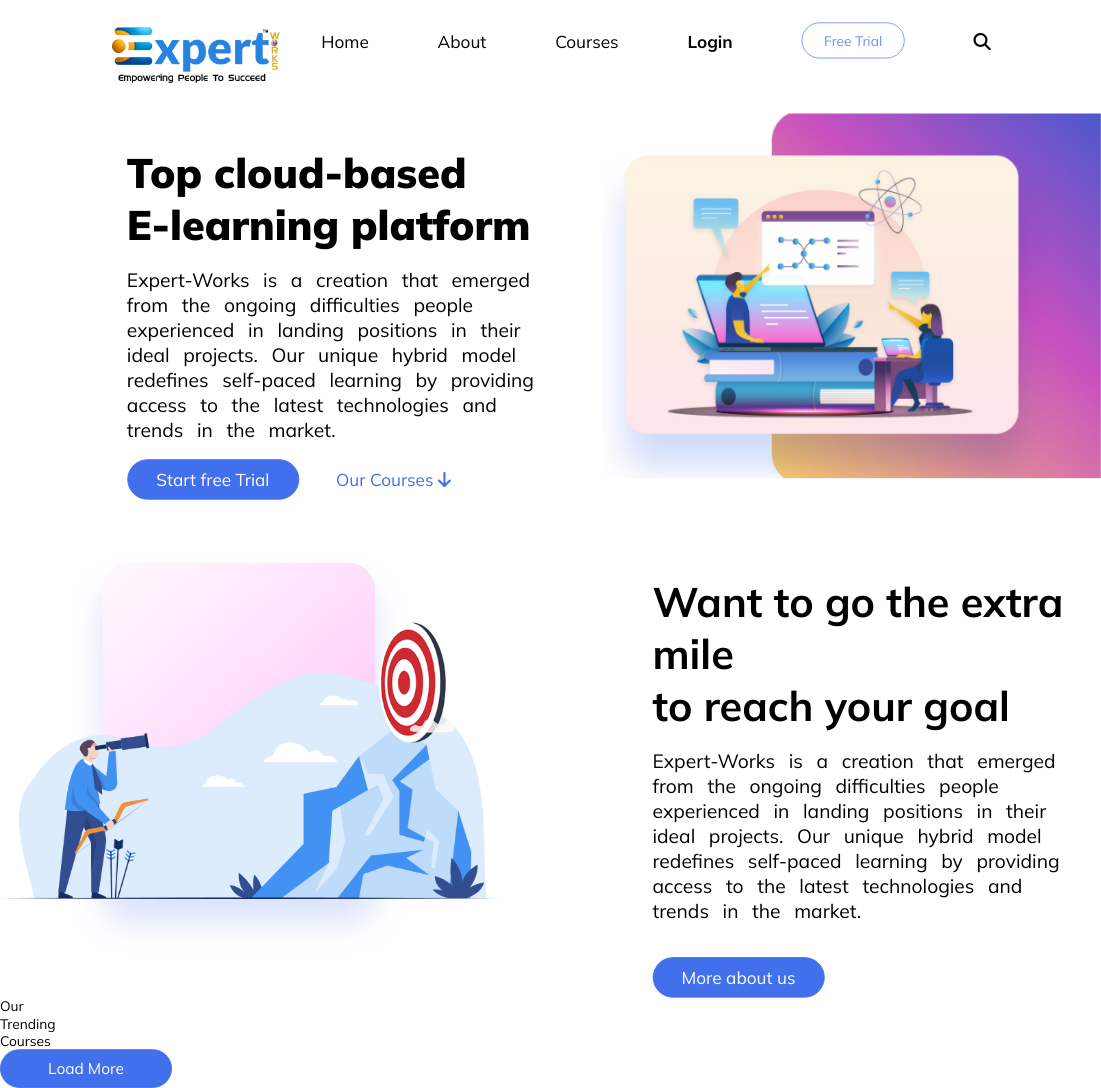
Repository: FlyweisReact/Raghu-B2C
Page: /homePage
The author's editor kept a copy of each file at every save. The page is drawn from the files as they stood at one save, then again after the next save.
The browser window is 1280 px wide. The pictures show the whole page, at 86% of full size.
Some web libraries are served in a nearby version. The project was rebuilt for these pictures with package versions that can differ from the ones it lists, and the page was loaded fresh each time. Also part of the build but not shown: src/Footer/footer.scss, src/Footer/Footer.jsx, src/component/pages/courses/course.scss, src/component/Navbar/nav.scss, src/component/Navbar/Nav.jsx, src/component/navigation/NavItems.js, src/component/navigation/Dropdown.css, src/component/navigation/Dropdown.js and 43 more.

Above is the page before, as saved 2023-02-03 15:50:15.

### public/index.html
<!DOCTYPE html>
<html lang="en">
  <head>
    <meta charset="utf-8" />
    <link rel="icon" href="%PUBLIC_URL%/favicon.ico" />
    <meta name="viewport" content="width=device-width, initial-scale=1" />
    <meta name="theme-color" content="#000000" />
    <meta
      name="description"
      content="Web site created using create-react-app"
    />
    <link rel="apple-touch-icon" href="%PUBLIC_URL%/logo192.png" />
    <link href="https://fonts.googleapis.com/css2?family=Mulish:ital,wght@0,200;0,300;0,400;0,500;0,600;0,700;0,800;0,900;1,200;1,300;1,400;1,500;1,600;1,700;1,800&display=swap" rel="stylesheet">
    <link rel="manifest" href="%PUBLIC_URL%/manifest.json" />
    <title>Educational Web</title>
  </head>
  <body>
    <noscript>You need to enable JavaScript to run this app.</noscript>
    <div id="root"></div>
    <script src="https://kit.fontawesome.com/b533b351e4.js" crossorigin="anonymous"></script>
  </body>
</html>

### src/index.js
/** @format */

import React from "react";
import ReactDOM from "react-dom";
import { BrowserRouter } from "react-router-dom";
import App from "./App";

ReactDOM.render(
  <React.StrictMode>
    <BrowserRouter>
      <App />
    </BrowserRouter>
  </React.StrictMode>,
  document.getElementById("root")
);

### src/App.js
/** @format */

import { Routes, Route } from "react-router-dom";
import "./App.css";
import "./component/common.scss";
import Courses from "./component/pages/courses/Courses";
import Home from "./component/Home";
import Programs from "./component/pages/Programs/Programs";
import Login from "./component/pages/LoginPage/Login";
import CreateAccount from "./component/pages/CreateAccount/CreateAccount";
import UsertakenCourses from "./component/pages/UserTakenCourses/UsertakenCourses";
import ExploreMore from "./component/pages/morecourses/ExploreMore";
import Forgot from "./component/pages/forgotPassword/Forgot";
import OTP from "./component/pages/otp/OTP";
import Reset from "./component/pages/reset/Reset";
import ViewCourses from "./component/pages/viewCourses/ViewCourses";
import SignUpOtp from "./component/pages/signUpOtp/SignUpOtp"
import MyCourse from "./component/pages/Mycourse/MyCourse";
import MyCourseDesc from "./component/pages/Mycourse/MyCourseDesc";
import FreeTrial from "./component/pages/FreeTrial/FreeTrial";
import Subscription from "./component/pages/FreeTrial/Subscription";
import Billing from "./component/pages/FreeTrial/Billing";
import ThankYOu from "./component/pages/FreeTrial/ThankYOu";
import HomePage from "./HomePage";

function App() {
  const user = false;

  return (
    <div className="App">
      <Routes>
        <Route exect path="/" element={<Login />} />
        <Route exect path="/emailVerify" element={<Forgot />} />
        <Route exect path="/otp" element={<OTP />} />
        <Route exect path="/reset" element={<Reset />} />
        <Route exect path="/cources" element={<Courses />} />
        <Route exect path="/viewCourses" element={<ViewCourses />} />
        <Route exect path="/program" element={<Programs />} />
        <Route exect path="/home" element={<Home user={user} />} />
        <Route exect path="/create-acount" element={<CreateAccount />} />
        <Route exect path="/signUpOtp" element={<SignUpOtp />} />
        <Route exect path="/user" element={<UsertakenCourses />} />
        <Route exect path="/explore" element={<ExploreMore />} />
        <Route exect path="/myCourse" element={<MyCourse />} />
        <Route exect path="/myCourse/:id" element={<MyCourseDesc />} />
        <Route  exect path="/trial" element={<FreeTrial />} />
        <Route  exect path="/subscription" element={<Subscription />} />
        <Route  exect path="/billing" element={<Billing />} />
        <Route  exect path="/thank" element={<ThankYOu />} />
        <Route  exect path="/homePage" element={<HomePage />} />





      </Routes>
    </div>
  );
}

export default App;

### src/App.css
*{
  margin: 0;
  padding: 0;
  box-sizing: border-box;
  font-family: 'Mulish', sans-serif;
}
.hello{
  color:#7ABCFF;
color:  #3284D6;
color:  #D1E8FF;

}

### src/component/common.scss
.links{
    text-decoration: none;
    color: #fff;
    overflow-x: hidden;
}

*{
    // overflow-x: hidden;
    scroll-behavior: smooth;
}

### src/HomePage.js
/** @format */

import React from "react";
import "./HomePage.css";
// Images
import img from "./images/logo.png";
import img1 from './images/1st image.png'
import img2 from './images/2nd image.png'
import img3 from './images/Home.png'


const HomePage = () => {
  return (
    <>
      <div className="HomeNewnav">
        <div className="left">
          <img src={img} alt="" />
        </div>
        <div className="right">
          <ul>
            <li>Home</li>
            <li>About </li>
            <li>Courses</li>
            <li style={{ fontWeight: "bold" }}>Login</li>
            <button>Free Trial</button>
            <li>
              <i class="fa-solid fa-magnifying-glass"></i>
            </li>
          </ul>
        </div>
      </div>

      <div className="mainSecTwo">
        <div className="left">
          <p className="head">
            Top cloud-based <br /> E-learning platform{" "}
          </p>
          <p className="desc">
            Expert-Works is a creation that emerged from the ongoing
            difficulties people experienced in landing positions in their ideal
            projects. Our unique hybrid model redefines self-paced learning by
            providing access to the latest technologies and trends in the
            market.
          </p>
          <div className="btns">
            <button
              style={{
                backgroundColor: "#426fec",
                color: "#fff",
                width: "200px",
                border: "1px solid #426fec",
                fontSize: "20px",
                borderRadius: "50px",
                padding: "10px",
              }}
            >
              Start free Trial
            </button>
            <button
              style={{
                backgroundColor: "#fff",
                color: "#426fec",
                width: "200px",
                border: "none",
                fontSize: "20px",
                borderRadius: "50px",
                padding: "10px",
              }}
            >
              Our Courses <i class="fa-solid fa-arrow-down"></i>
            </button>
          </div>
        </div>
        <div className="right">
          <img
            src={img3}
            alt=""
          />
        </div>
      </div>

      <div className="mainSecTwo2">
        <div className="left">
          <img
            src={img2}
            alt=""
          />
        </div>
        <div className="right">
          <p className="head">
            Want to go the extra mile <br />
            to reach your goal
          </p>
          <p className="desc">
            Expert-Works is a creation that emerged from the ongoing
            difficulties people experienced in landing positions in their ideal
            projects. Our unique hybrid model redefines self-paced learning by
            providing access to the latest technologies and trends in the
            market.
          </p>
          <div className="btns">
            <button
              style={{
                backgroundColor: "#426fec",
                color: "#fff",
                width: "200px",
                border: "1px solid #426fec",
                fontSize: "20px",
                borderRadius: "50px",
                padding: "10px",
              }}
            >
              More about us
            </button>
          </div>
        </div>
      </div>

      <div className="centerMainDiv">
        <div className="left">
          <p className="head">
            Our <br /> Trending <br /> Courses
          </p>{" "}
          <button
            style={{
              backgroundColor: "#426fec",
              color: "#fff",
              width: "200px",
              border: "1px solid #426fec",
              fontSize: "18px",
              borderRadius: "50px",
              padding: "10px",
            }}
          >
           Load More
          </button>
        </div>
        <div className="right">
            <div className="group">
                <div></div>
            </div>
        </div>
      </div>
    </>
  );
};

export default HomePage;

### src/HomePage.css
.HomeNewnav{
    display: flex;
    justify-content: space-between;
    width: 80%;
    margin-left:10%;
    margin-top: 2%;
}
.HomeNewnav .left img{
    width: 200px;
}
.HomeNewnav .right ul {
    display: flex;
    gap: 5rem;
}
.HomeNewnav .right ul li{
    list-style: none;
    font-size: 20px;
    margin-top: 10px;
}
.HomeNewnav .right ul  button {
    width: 120px;
    font-size: 16px;
    margin-top: 0;
    border: 1px solid #6e90f0;
    color: #6e90f0;
    background-color: #fff;

    padding: 10px;
    border-radius: 50px;
}
.HomeNewnav .right ul li:hover{
    color: #6e90f0;
    cursor: pointer;
}



.mainSecTwo {
    display: flex;
    margin-top: 2%;
    gap: 2rem;
    justify-content: space-between;
}
.mainSecTwo .left{
    width: 50%;
    margin-left: 7%;
    margin-top: 3%;
}
.mainSecTwo .right{
    width: 50%;
}
.mainSecTwo .right img {
    width: 100%;
}
.mainSecTwo .left .head{
    font-size: 3rem;
    font-weight: 900;
    margin-left: 10%;

}
.mainSecTwo .left .desc{
    width: 500px;
    word-spacing: 10px;
    font-size: 1.4rem;
    margin-top: 20px;
    margin-left: 10%;
}
.mainSecTwo .left .btns{
    display: flex;
    gap: 10px;
    margin-left: 10%;
    margin-top: 20px;
}



.mainSecTwo2{
    display: flex;
    margin-top: 5%;
    gap: 2rem;
    justify-content: space-between;
}
.mainSecTwo2 .right{
    width: 50%;
    margin-top: 2%;
    margin-left: 7%;
}
.mainSecTwo2 .left{
    width: 50%;
}
.mainSecTwo2 .left img {
    width: 100%;
}
.mainSecTwo2 .right .head{
    font-size: 3rem;
    font-weight: bold;
    margin-left: 10%;
}
.mainSecTwo2 .right .desc{
    width: 500px;
    word-spacing: 10px;
    font-size: 1.4rem;
    margin-top: 20px;
    margin-left: 10%;
}
.mainSecTwo2 .right .btns{
    display: flex;
    gap: 10px;
    margin-left: 10%;
    margin-top: 40px;
}

Loaded but not shown: src/component/pages/viewCourses/viewCourses.css (no stored copy; drawn as an empty file)

After the next save:
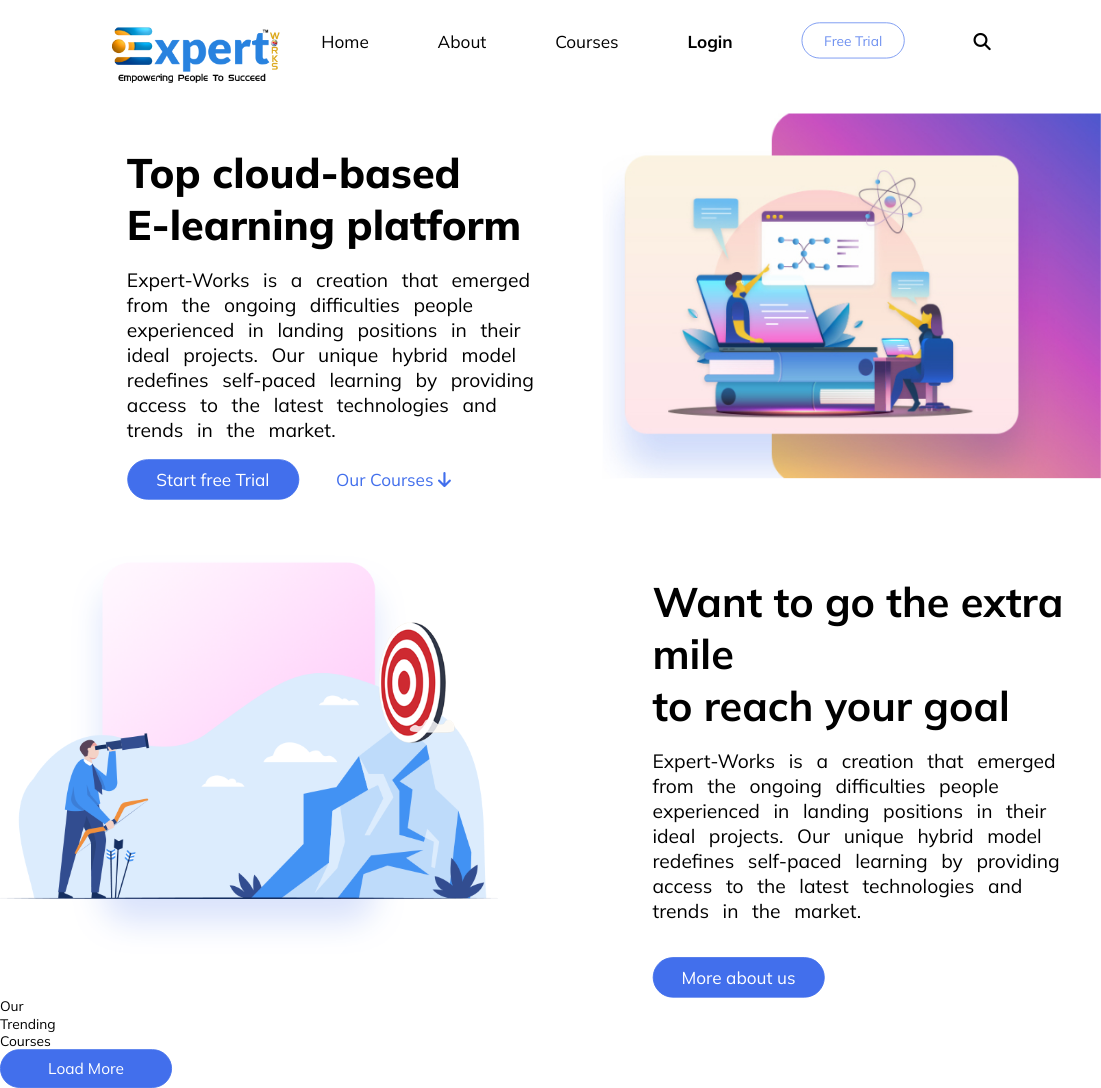
Saved 8 s later.
--- a/src/HomePage.css
+++ b/src/HomePage.css
@@ -54,7 +54,7 @@
 }
 .mainSecTwo .left .head{
     font-size: 3rem;
-    font-weight: 900;
+    font-weight: 800;
     margin-left: 10%;
 
 }
